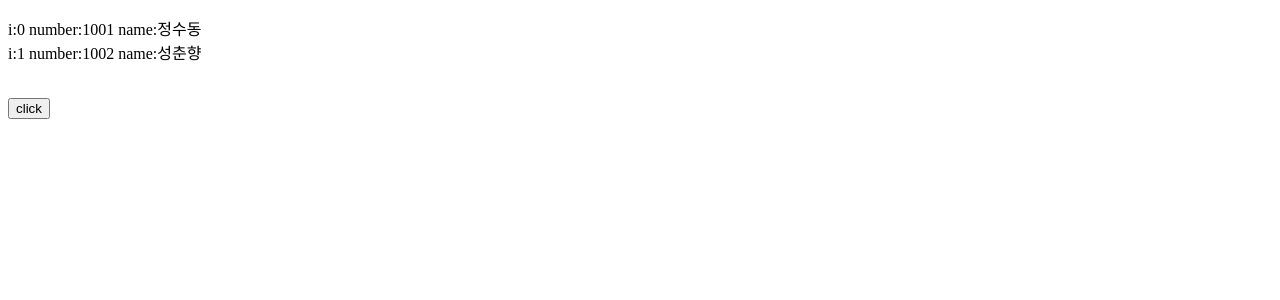
Repository: Choi-yongho72/bitcamp_jsp
Page: http://localhost/Ajax04/
An editor plug-in stored every save of this project. The page is shown before and after the next save, followed by the edit.
The browser window is 1280 px wide. The pictures show the whole page.
After loading, the first visible `button` was clicked once.
The page is served by Tomcat 9.

Above is the page before, as saved 2020-01-23 01:06:13.

After the next save:
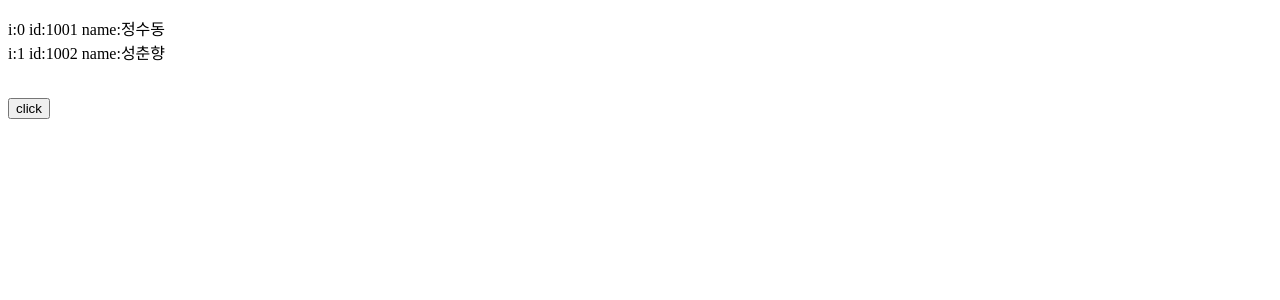
Saved 13 s later.
--- a/Ajax04/WebContent/index.jsp
+++ b/Ajax04/WebContent/index.jsp
@@ -28,7 +28,7 @@
 	//			alert(data[0].name);
 
 				$.each(data, function (i, val) {
-					$("#demo").append("i:" + i + " number:" + val.id + " name:" + val.name + "<br>");
+					$("#demo").append("i:" + i + " id:" + val.id + " name:" + val.name + "<br>");
 				});
 			},
 			error:function() {
